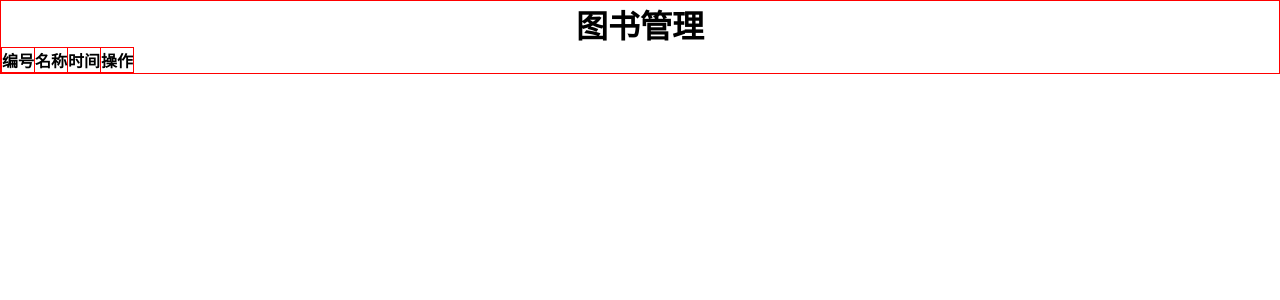
Repository: chenguocan/Vue_demo_1
Page: vue_demo_03/图书管理.html
An editor plug-in stored every save of this project. The page is shown before and after the next save, followed by the edit.
The browser window is 1280 px wide. The pictures show the whole page.

Above is the page before, as saved 2020-07-21 16:00:42.

### vue_demo_03/图书管理.html
<!DOCTYPE html>
<html lang="en">
  <head>
    <meta charset="UTF-8" />
    <meta name="viewport" content="width=device-width, initial-scale=1.0" />
    <title>Document</title>
    <style>
      * {
        margin: 0;
        padding: 0;
        box-sizing: border-box;
      }
      .book {
        border: 1px solid red;
        text-align: center;
      }
      table {
        border-collapse: collapse;
      }
      th {
        border: 1px solid red;
        border-collapse: collapse;
      }
    </style>
  </head>
  <body>
    <div class="book">
      <h1>图书管理</h1>
      <table>
        <thead>
          <tr>
            <th>编号</th>
            <th>名称</th>
            <th>时间</th>
            <th>操作</th>
          </tr>
        </thead>
      </table>
    </div>
  </body>
  <script src="./js/vue.js"></script>
</html>

Loaded but not shown: vue_demo_03/js/vue.js (library)

After the next save:
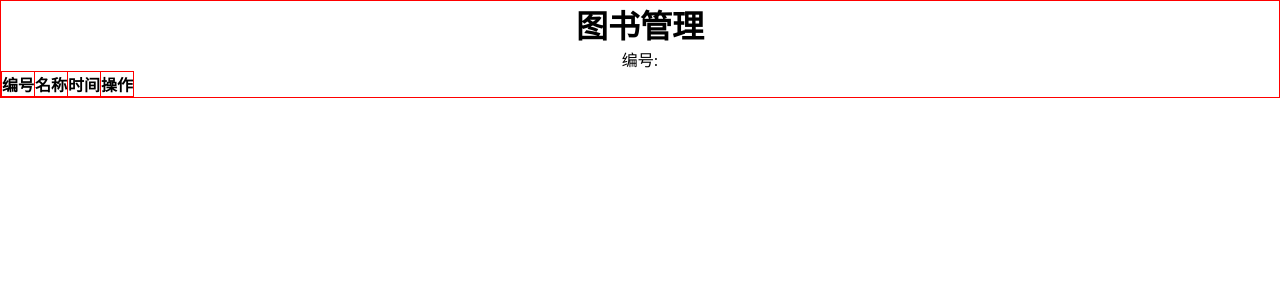
Saved 47 s later.
--- a/vue_demo_03/图书管理.html
+++ b/vue_demo_03/图书管理.html
@@ -27,6 +27,11 @@
     <div class="book">
       <h1>图书管理</h1>
       <table>
+        <tr>
+          编号:
+        </tr>
+      </table>
+      <table>
         <thead>
           <tr>
             <th>编号</th>
